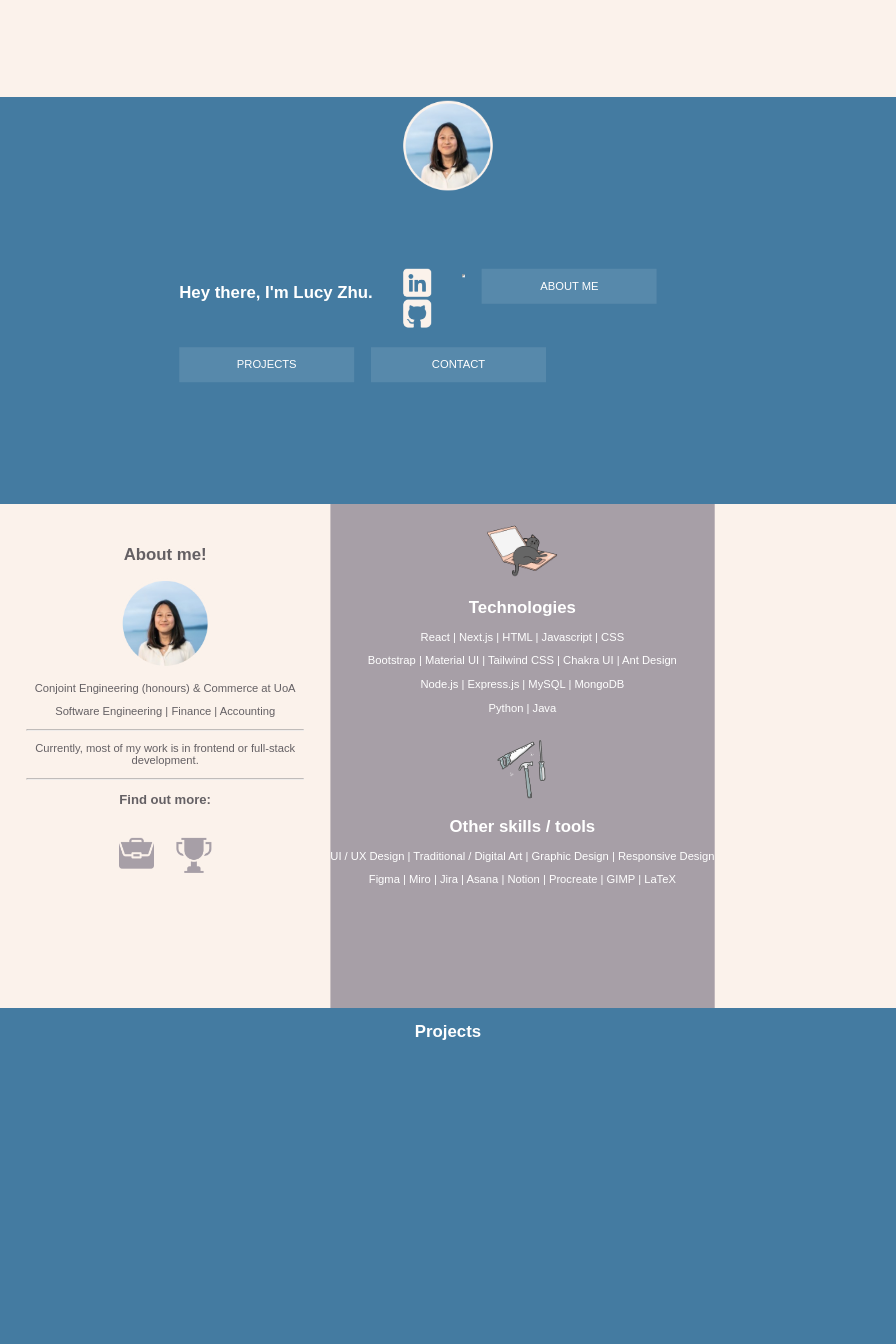
Repository: lukisoo/lukisoo-portfolio
Page: /
The author's editor kept a copy of each file at every save. The page is drawn from the files as they stood at one save, then again after a run of saves.
The browser window is 1280 px wide. The pictures show the part of the page from y = 0 to 1920 px (the page is 2920 px tall before and 2992 px after), at 70% of full size.
The project was rebuilt for these pictures with package versions that can differ from the ones it lists, and the page was loaded fresh each time.

Above is the page before, as saved 2022-07-31 08:15:55.

After the next 2 saves:
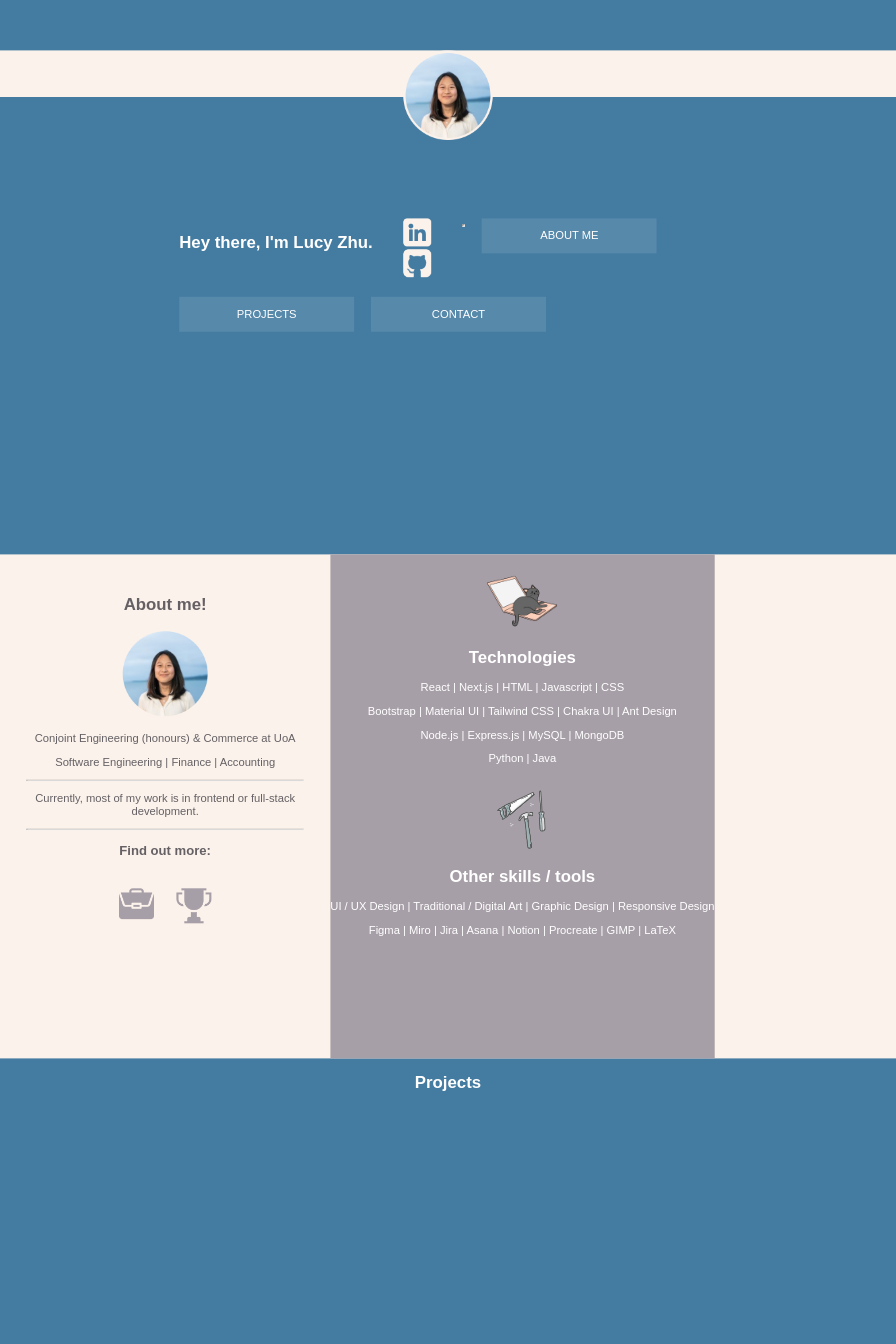
The 2 saves are shown as one change because they came seconds apart.
The last was saved 23 s later.
--- a/src/App.css
+++ b/src/App.css
@@ -89,7 +89,7 @@
 
 .header-image {
   background: linear-gradient(180deg, #FBF2EB 50%, #ffffff00 50%);
-  padding-top: 20vh;
+  margin-top: 10vh;
   width: 100vw;
   height: auto;
 }
